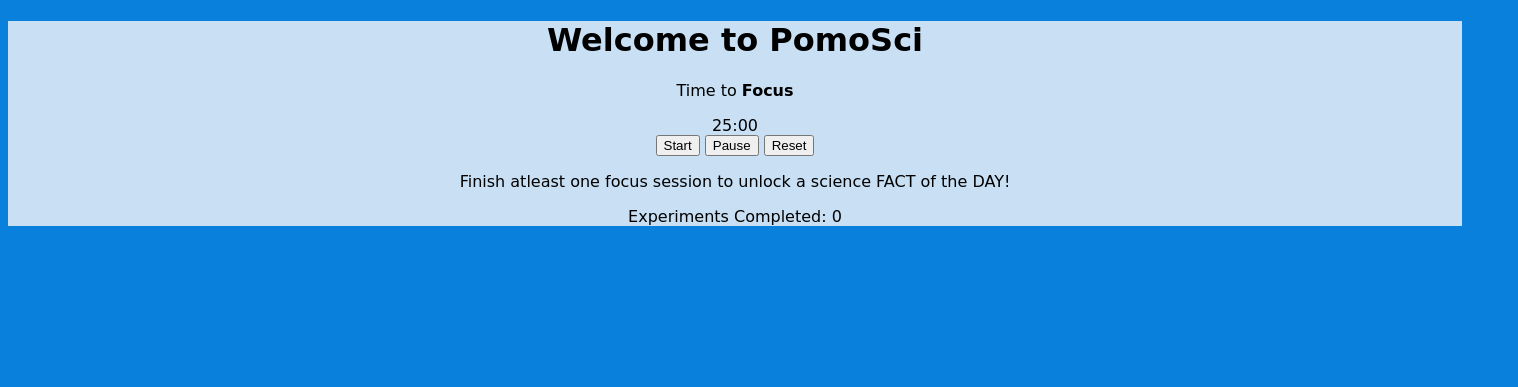
Repository: manayparikh1/Pomosci
Page: index.html
The author's editor kept a copy of each file at every save. The page is drawn from the files as they stood at one save, then again after the next save.
The browser window is 1280 px wide. The page is 1462 px wide, then 1518 px, so the pictures cover 1518 px, including what lies to the right of the window. The pictures show the whole page.

Above is the page before, as saved 2026-11-13 13:14:27.

### index.html
<!DOCTYPE html>
<html lang="en">

<head>
    <meta charset="UTF-8">
    <meta name="viewport" content="width=device-width, initial-scale=1.0">
    <title><strong>PomoSci</strong></title>

    <head>

    <body>
        <!-- ======== HTML ======== -->
        <div class="lab_sci">
            <h1>Welcome to PomoSci</h1>
            <p id="mode">Time to <strong>Focus</strong></p>

            <div class="beaker is paused" id="beaker">
                <div id="liquid">
                    <span class="bubble"></span>
                    <span class="bubble"></span>
                    <span class="bubble"></span>
                    <span class="bubble"></span>
                </div>
            </div>
            <div id="time">25:00</div>
            <button onclick="start()">Start</button>
            <button onclick="pause()">Pause</button>
            <button onclick="reset()">Reset</button>

            <p id="fact">Finish atleast one focus session to unlock a science FACT of the DAY!</p>
            <p id="count">Experiments Completed: 0</p>

            <!-- ====Css--===-->

            <style>
                body {
                    font-family: Comic Sans MS, Comic Sans, cursive;
                    background-color: rgb(9, 128, 219);
                    text-align: center;
                }

                .lab_sci {
                    background-color: rgb(200, 223, 244);
                    width: 1454px;
                }

After the next save:
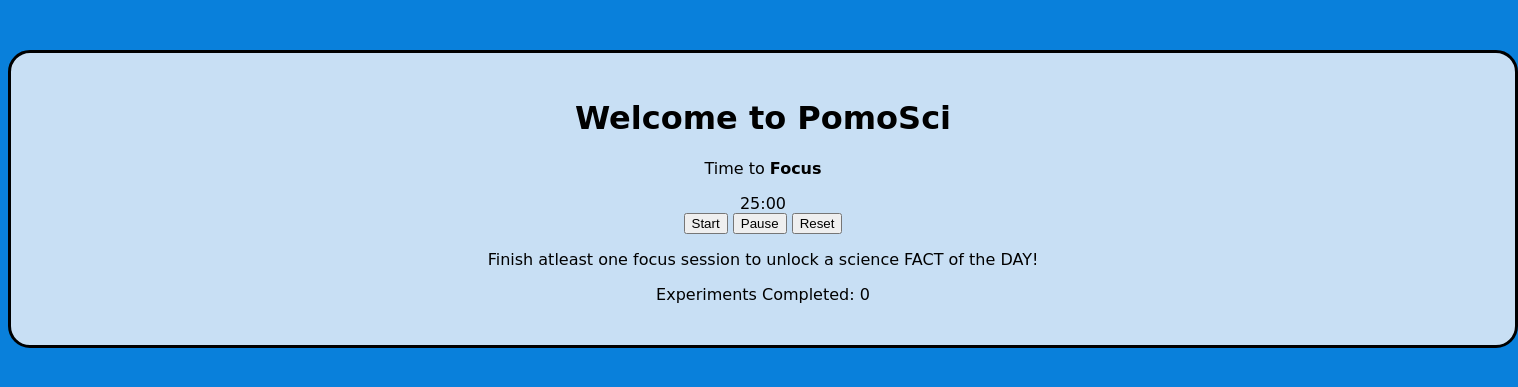
Saved 2 min 44 s later.
--- a/index.html
+++ b/index.html
@@ -42,4 +42,8 @@
                 .lab_sci {
                     background-color: rgb(200, 223, 244);
                     width: 1454px;
+                    margin: 50px auto;
+                    padding: 25px;
+                    border: 3px solid black;
+                    border-radius: 22px;
                 }
